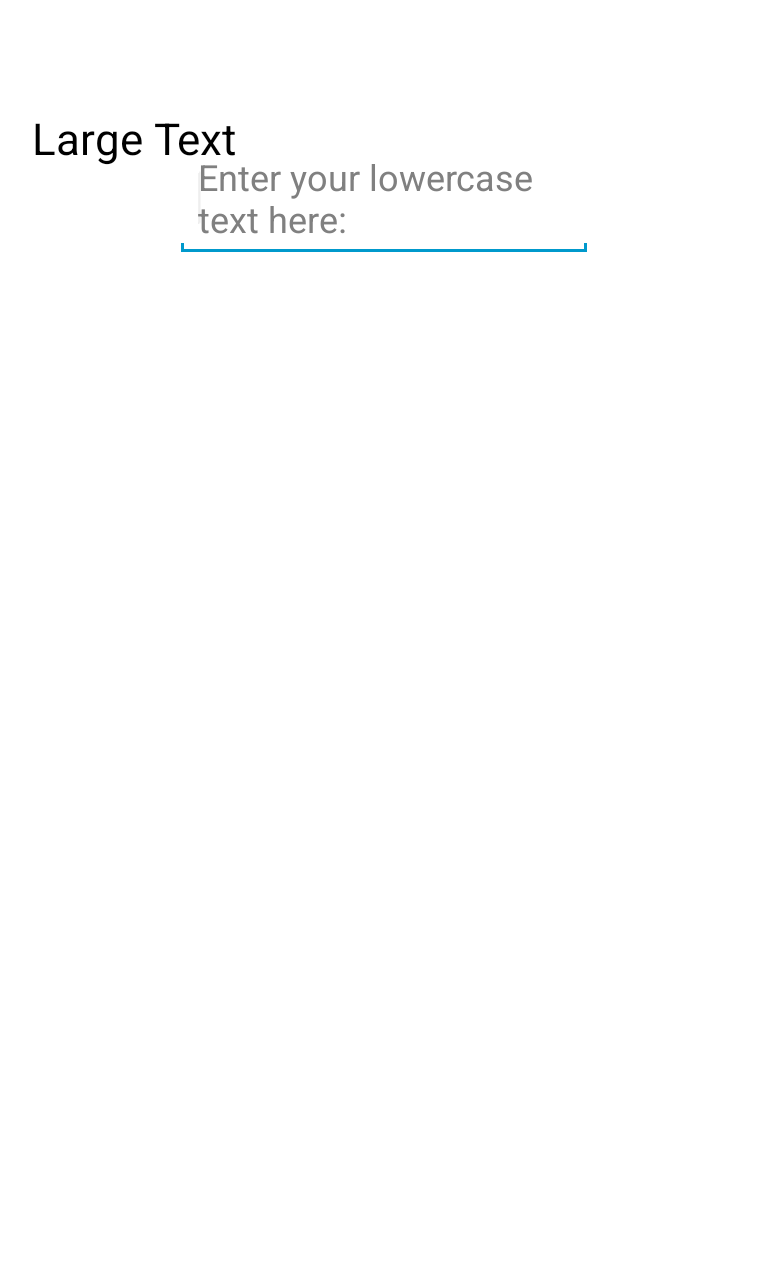
Repository: worxli/DS-Assigment3
Layout: VS-lukasbi-capitalize/res/layout/activity_main.xml
The author's editor kept a copy of each file at every save. The layout is drawn from the files as they stood at one save, then again after the next save.
It is drawn on a 768 x 1280 px phone screen (xhdpi) without system bars, with theme AppTheme; the app's code is not run.

Above is the layout before, as saved 2013-10-31 10:12:51.

### VS-lukasbi-capitalize/res/layout/activity_main.xml
<RelativeLayout xmlns:android="http://schemas.android.com/apk/res/android"
    xmlns:tools="http://schemas.android.com/tools"
    android:layout_width="match_parent"
    android:layout_height="match_parent"
    android:paddingBottom="@dimen/activity_vertical_margin"
    android:paddingLeft="@dimen/activity_horizontal_margin"
    android:paddingRight="@dimen/activity_horizontal_margin"
    android:paddingTop="@dimen/activity_vertical_margin"
    tools:context=".MainActivity" >

    <EditText
        android:id="@+id/lowercase"
        android:layout_width="wrap_content"
        android:layout_height="wrap_content"
        android:layout_alignParentTop="true"
        android:layout_centerHorizontal="true"
        android:layout_marginTop="53dp"
        android:hint="@string/info"
        android:ems="10" >

        <requestFocus />
    </EditText>

    <TextView
        android:id="@+id/uppercase"
        android:layout_width="wrap_content"
        android:layout_height="wrap_content"
        android:layout_alignLeft="@+id/editText1"
        android:layout_alignRight="@+id/editText1"
        android:layout_below="@+id/editText1"
        android:layout_marginTop="38dp"
        android:text="Large Text"
        android:textAppearance="?android:attr/textAppearanceLarge" />

</RelativeLayout>

### VS-lukasbi-capitalize/res/values/strings.xml
<?xml version="1.0" encoding="utf-8"?>
<resources>

    <string name="app_name">VS-lukasbi-capitalize</string>
    <string name="action_settings">Settings</string>
    <string name="info">Enter your lowercase text here:</string>

</resources>

Loaded but not shown: VS-lukasbi-capitalize/res/values/styles.xml (common file); VS-lukasbi-capitalize/res/values-v11/styles.xml (common file); VS-lukasbi-capitalize/res/values-v14/styles.xml (common file); VS-lukasbi-capitalize/res/values/dimens.xml (common file)

After the next save:
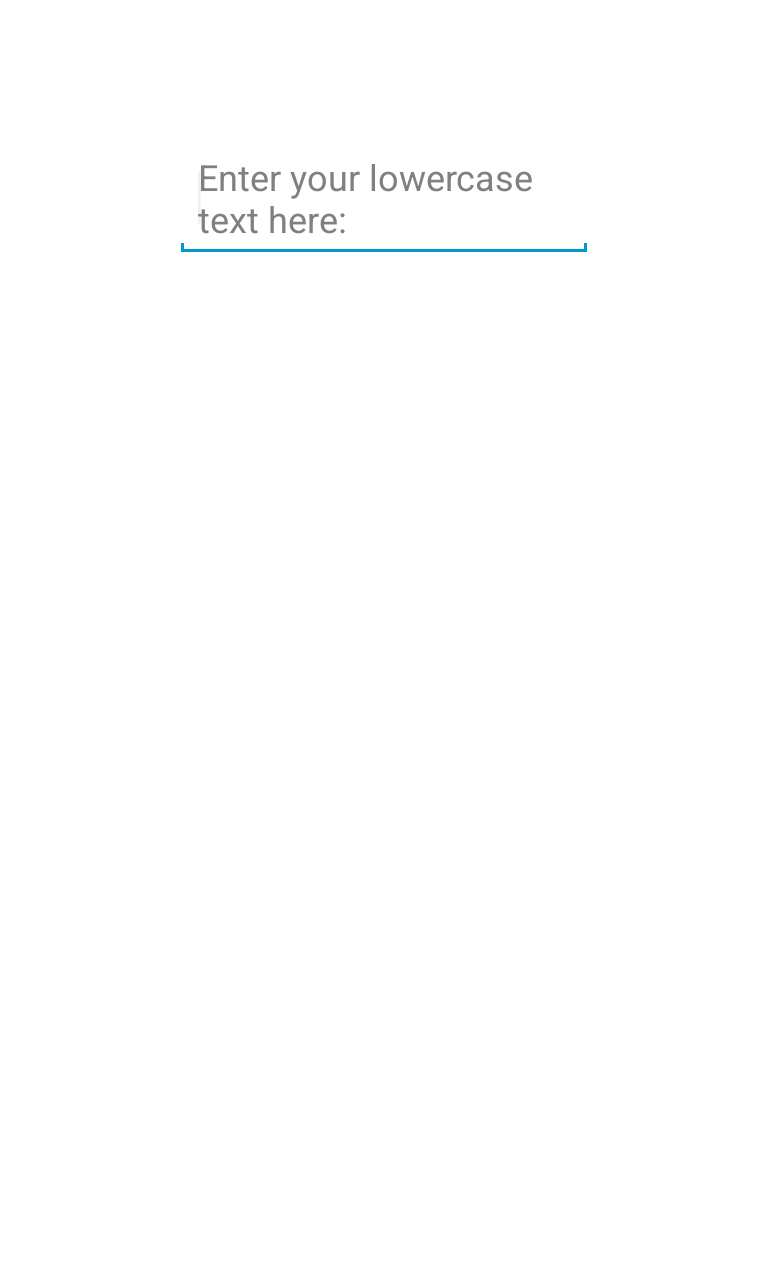
Saved 9 s later.
--- a/VS-lukasbi-capitalize/res/layout/activity_main.xml
+++ b/VS-lukasbi-capitalize/res/layout/activity_main.xml
@@ -29,7 +29,7 @@
         android:layout_alignRight="@+id/editText1"
         android:layout_below="@+id/editText1"
         android:layout_marginTop="38dp"
-        android:text="Large Text"
+        android:text=""
         android:textAppearance="?android:attr/textAppearanceLarge" />
 
 </RelativeLayout>
